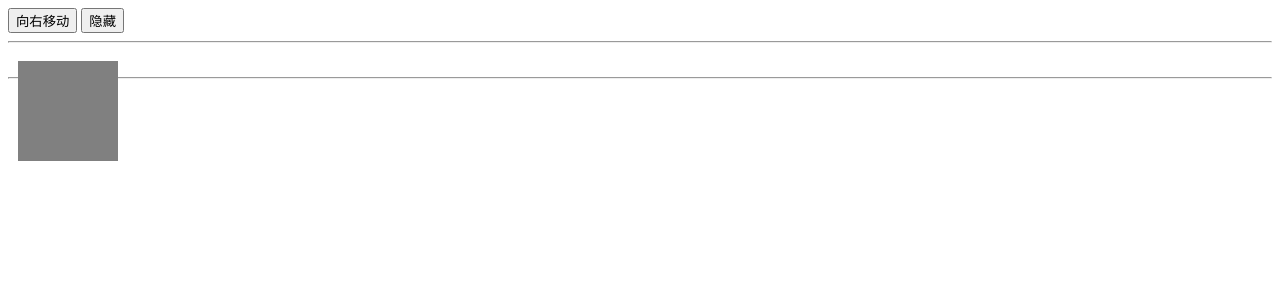
Repository: jsjchai/springmvc_study
Page: springmvc/jquery/jquery_Test/WebContent/jqueryTest15.html
An editor plug-in stored every save of this project. The page is shown before and after the next save, followed by the edit.
The browser window is 1280 px wide. The pictures show the whole page.

Above is the page before, as saved 2015-04-06 12:22:23.

After the next save:
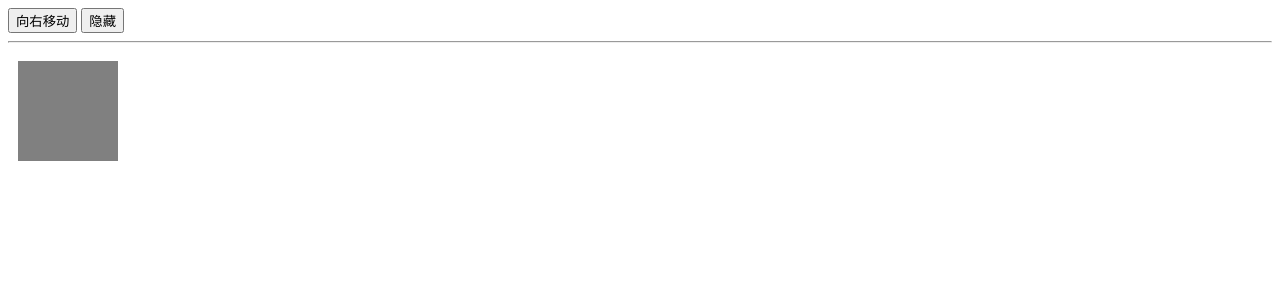
Saved 12 s later.
--- a/springmvc/jquery/jquery_Test/WebContent/jqueryTest15.html
+++ b/springmvc/jquery/jquery_Test/WebContent/jqueryTest15.html
@@ -23,7 +23,6 @@
 	<input type="button" value="隐藏" id="b2">
 	<hr>
 	<div id="d1" style=" width: 100px; height: 100px; background-color: gray; margin: 10px; position: absolute;"></div>
-	<br>
-	<hr>
+
 </body>
 </html>
